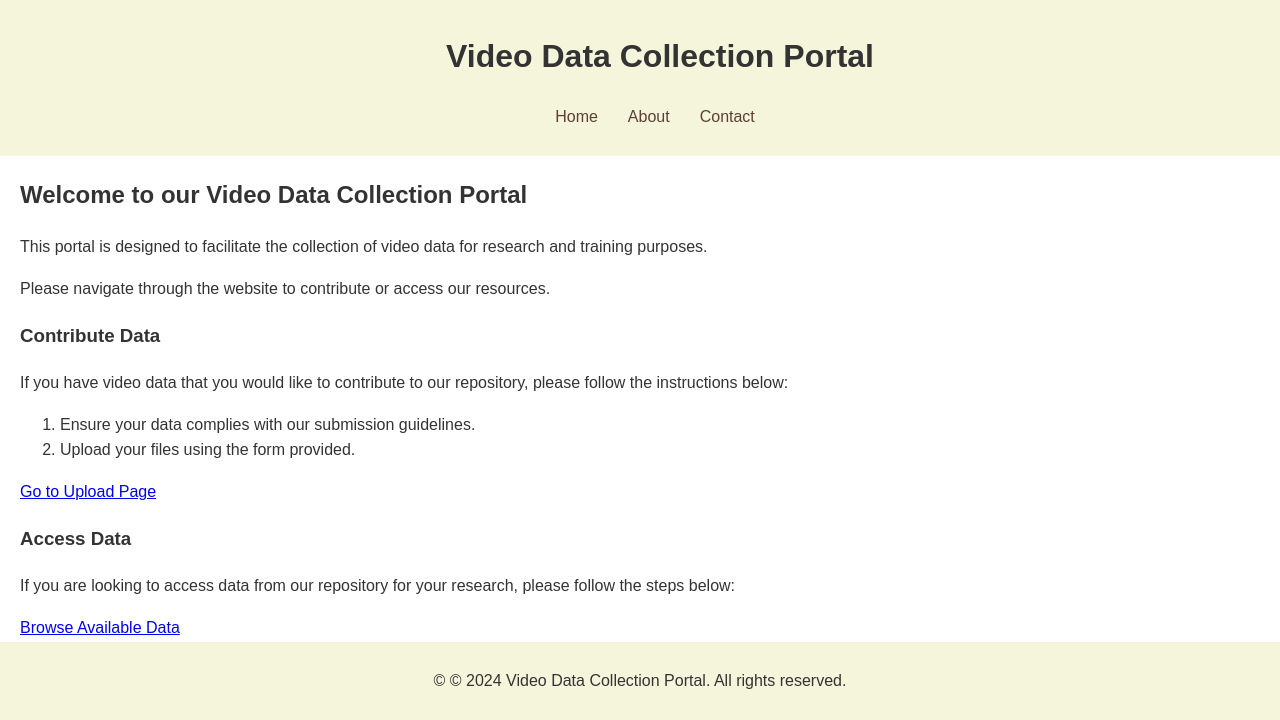
Repository: Oren93/sign_lang_data
Page: / (app in frontend/sign-lang-ui/)
These files come from the project's save history. The page is drawn as it stood at one moment and after the next save; the edit follows.
The browser window is 1280 px wide. The pictures show the whole page.
The project was rebuilt for these pictures with package versions that can differ from the ones it lists, and the page was loaded fresh each time. Also part of the build but not shown: frontend/sign-lang-ui/vite.config.ts, frontend/sign-lang-ui/src/pages/About.tsx, frontend/sign-lang-ui/src/pages/Contact.tsx, frontend/sign-lang-ui/src/pages/Upload.module.css, frontend/sign-lang-ui/src/pages/Upload.tsx, frontend/sign-lang-ui/src/pages/Record.module.css, frontend/sign-lang-ui/src/pages/Record.tsx, frontend/sign-lang-ui/src/pages/ThankYou.tsx.

Above is the page before, as saved 2024-06-10 15:37:38.

After the next save:
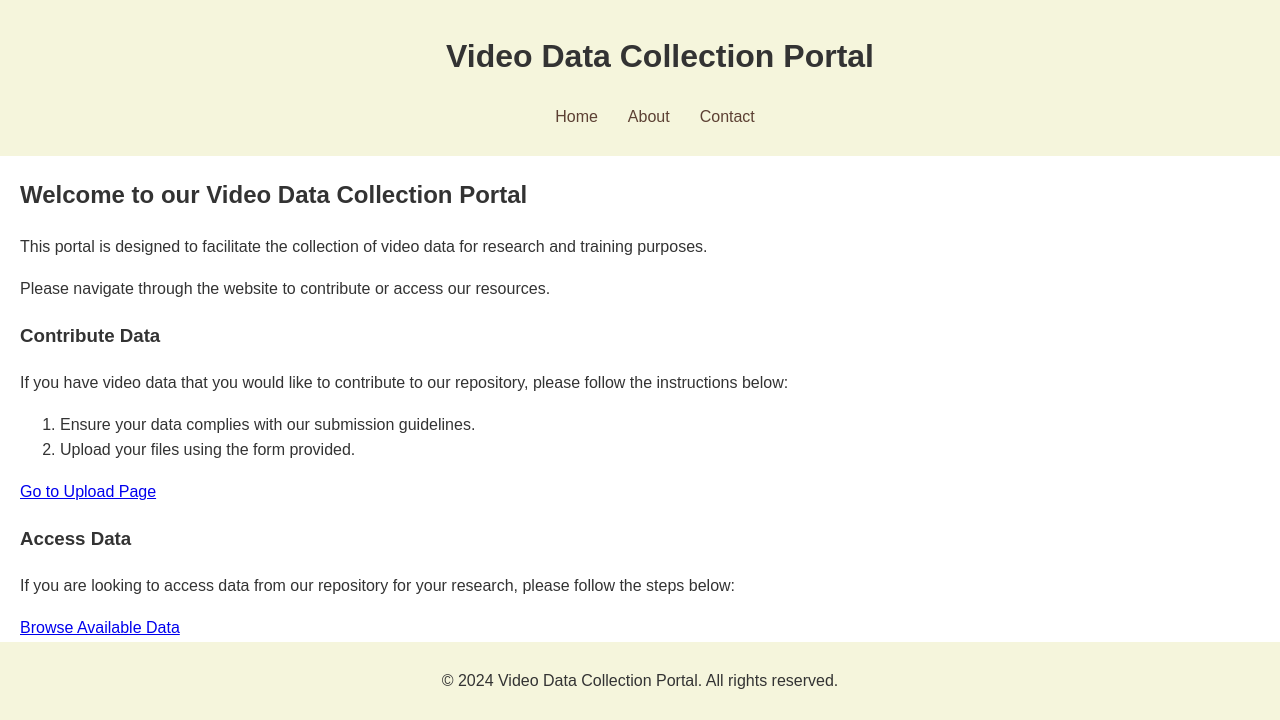
Saved 20 s later.
--- a/frontend/sign-lang-ui/src/locales/en/translation.json
+++ b/frontend/sign-lang-ui/src/locales/en/translation.json
@@ -46,6 +46,6 @@
     "email_info": "Email: contact@videodataportal.com",
     "phone_info": "Phone: +123 456 7890",
 
-    "rights": "© 2024 Video Data Collection Portal. All rights reserved."
+    "rights": "2024 Video Data Collection Portal. All rights reserved."
 
   }
